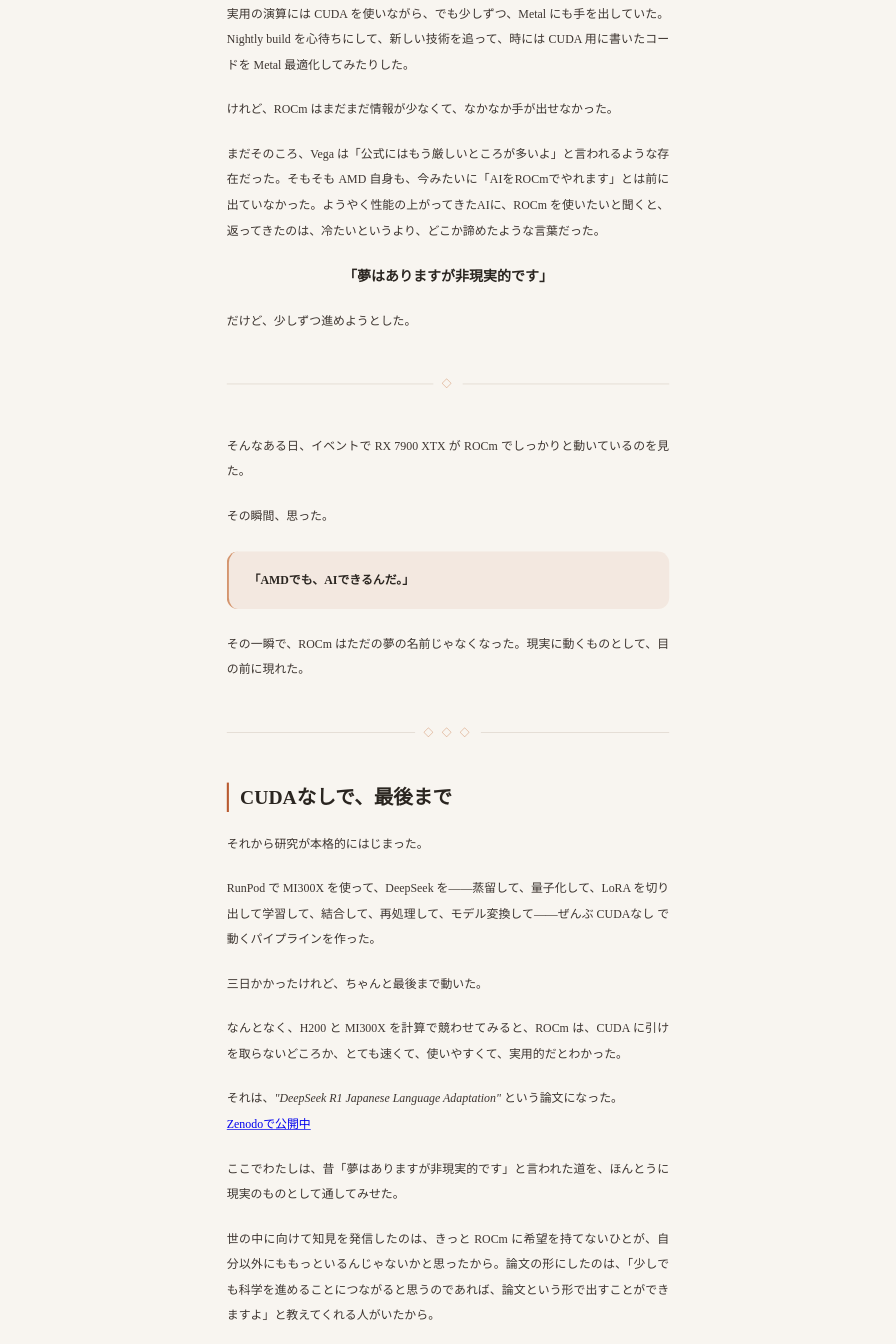
Repository: AETS-MAGI/vega-hbmx-pages
Page: essay.html
The author's editor kept a copy of each file at every save. The page is drawn from the files as they stood at one save, then again after the next save.
The browser window is 1280 px wide. The pictures show the part of the page from y = 4580 to 6500 px (the page is 10521 px tall before and 10484 px after), at 70% of full size.
Some web fonts or font styles are not loaded; a fallback is used.

Above is the page before, as saved 2026-03-14 02:47:21.

### essay.html
<!DOCTYPE html>
<html lang="ja">
<head>
  <meta charset="UTF-8">
  <meta name="viewport" content="width=device-width, initial-scale=1.0">
  <title>Vegaと、わたしのはじまり | AETS Research Essay</title>
  <meta name="description" content="統計計算がしたいという小さな願いから、研究にたどり着くまでの道のり。">
  <link rel="preconnect" href="https://fonts.googleapis.com">
  <link rel="preconnect" href="https://fonts.gstatic.com" crossorigin>
  <link href="https://fonts.googleapis.com/css2?family=Shippori+Mincho:wght@400;600;700;800&family=Noto+Sans+JP:wght@400;500;700&display=swap" rel="stylesheet">
  <style>
    :root {
      --bg: #f8f5f0;
      --bg-warm: #f0ebe3;
      --card: #ffffff;
      --text: #2a2520;
      --text-body: #3d3530;
      --text-light: #6b5f55;
      --text-faint: #9a8e82;
      --accent: #b85a30;
      --accent-soft: rgba(184, 90, 48, 0.08);
      --accent-line: #d4956e;
      --blue: #3a6ea5;
      --line: #ddd5cb;
      --shadow: 0 2px 16px rgba(0,0,0,0.04);
      --radius: 16px;
    }

    * { box-sizing: border-box; margin: 0; padding: 0; }
    html { scroll-behavior: smooth; }

    body {
      font-family: 'Shippori Mincho', 'Hiragino Mincho ProN', 'Yu Mincho', serif;
      color: var(--text-body);
      background: var(--bg);
      line-height: 2.1;
      -webkit-font-smoothing: antialiased;
      overflow-x: hidden;
    }

    body::before {
      content: '';
      position: fixed;
      inset: 0;
      pointer-events: none;
      opacity: 0.2;
      background:
        radial-gradient(circle at 20% 15%, rgba(184,90,48,0.10), transparent 35%),
        radial-gradient(circle at 80% 80%, rgba(58,110,165,0.06), transparent 35%);
      z-index: 0;
    }

    /* ── Layout ── */
    .page {
      position: relative;
      z-index: 1;
      max-width: 680px;
      margin: 0 auto;
      padding: 24px 24px 100px;
    }

    /* ── Top bar ── */
    .topbar {
      display: flex;
      justify-content: space-between;
      align-items: center;
      margin-bottom: 12px;
      padding: 10px 18px;
      border-radius: 999px;
      border: 1px solid var(--line);
      background: rgba(255,255,255,0.85);
      backdrop-filter: blur(12px);
      position: sticky;
      top: 10px;
      z-index: 20;
      box-shadow: 0 2px 10px rgba(0,0,0,0.04);
      font-family: 'Noto Sans JP', sans-serif;
    }

    .back-link {
      text-decoration: none;
      color: var(--text-light);
      font-size: 13px;
      font-weight: 700;
      display: flex;
      align-items: center;
      gap: 6px;
      transition: color 0.2s;
    }
    .back-link:hover { color: var(--accent); }

    .topbar-label {
      font-size: 12px;
      font-weight: 700;
      letter-spacing: 0.08em;
      text-transform: uppercase;
      color: var(--text-faint);
    }

    /* ── Hero ── */
    .essay-hero {
      text-align: center;
      padding: 64px 0 48px;
      border-bottom: 1px solid var(--line);
      margin-bottom: 56px;
    }

    .essay-hero h1 {
      font-family: 'Shippori Mincho', serif;
      font-size: clamp(28px, 6vw, 42px);
      font-weight: 800;
      line-height: 1.4;
      color: var(--text);
      letter-spacing: 0.04em;
      margin-bottom: 20px;
    }

    .essay-hero .subtitle {
      font-family: 'Noto Sans JP', sans-serif;
      font-size: 14px;
      color: var(--text-faint);
      letter-spacing: 0.06em;
    }

    .essay-hero .author {
      margin-top: 16px;
      font-family: 'Noto Sans JP', sans-serif;
      font-size: 14px;
      color: var(--text-light);
      font-weight: 500;
    }

    /* ── Essay body ── */
    .essay-body {
      font-size: 17px;
      line-height: 2.15;
    }

    .essay-body p {
      margin-bottom: 1.6em;
      text-align: justify;
      text-justify: inter-ideograph;
    }

    .essay-body p.short-line {
      text-align: left;
    }

    /* ── Section divider ── */
    .section-break {
      display: flex;
      align-items: center;
      justify-content: center;
      gap: 12px;
      margin: 56px 0;
      color: var(--accent-line);
    }
    .section-break::before,
    .section-break::after {
      content: '';
      flex: 1;
      height: 1px;
      background: var(--line);
    }
    .section-break .ornament {
      font-size: 14px;
      letter-spacing: 0.3em;
    }

    /* ── Headings ── */
    .essay-body h2 {
      font-family: 'Shippori Mincho', serif;
      font-size: clamp(20px, 4vw, 28px);
      font-weight: 700;
      color: var(--text);
      margin-bottom: 28px;
      padding-left: 16px;
      border-left: 3px solid var(--accent);
      line-height: 1.5;
    }

    /* ── Blockquote ── */
    .essay-body blockquote {
      margin: 32px 0;
      padding: 24px 28px;
      background: var(--accent-soft);
      border-radius: var(--radius);
      border-left: 3px solid var(--accent-line);
      font-style: normal;
      color: var(--text);
      font-weight: 600;
      line-height: 2.0;
    }

    .essay-body blockquote p {
      margin-bottom: 0;
      text-align: left;
    }
    .essay-body blockquote p + p {
      margin-top: 0.5em;
    }

    /* ── Emphasis / dramatic text ── */
    .essay-body .dramatic {
      display: block;
      text-align: center;
      font-size: 20px;
      font-weight: 700;
      color: var(--text);
      margin: 28px 0;
      line-height: 1.8;
    }

    .essay-body .result {
      display: block;
      text-align: center;
      font-size: 22px;
      font-weight: 800;
      color: var(--accent);
      margin: 24px 0;
      letter-spacing: 0.02em;
    }

    /* ── Technical inline ── */
    .essay-body code {
      font-family: 'Consolas', 'SF Mono', monospace;
      font-size: 0.88em;
      background: rgba(0,0,0,0.04);
      padding: 2px 6px;
      border-radius: 4px;
    }

    /* ── List ── */
    .essay-body ul {
      margin: 20px 0 28px;
      padding-left: 0;
      list-style: none;
    }
    .essay-body ul li {
      position: relative;
      padding-left: 20px;
      margin-bottom: 8px;
      line-height: 2.0;
    }
    .essay-body ul li::before {
      content: '—';
      position: absolute;
      left: 0;
      color: var(--accent-line);
      font-weight: 700;
    }

    /* ── Epilogue ── */
    .epilogue {
      margin-top: 56px;
      padding: 40px 32px;
      background: linear-gradient(135deg, #2e2824 0%, #3a322c 100%);
      border-radius: var(--radius);
      color: #e8e0d6;
      font-size: 17px;
      line-height: 2.15;
      position: relative;
      overflow: hidden;
    }
    .epilogue::before {
      content: '';
      position: absolute;
      inset: 0;
      background:
        radial-gradient(circle at 20% 50%, rgba(184,90,48,0.12), transparent 50%),
        radial-gradient(circle at 80% 30%, rgba(58,110,165,0.08), transparent 50%);
      pointer-events: none;
    }
    .epilogue-inner {
      position: relative;
      z-index: 1;
    }
    .epilogue p {
      margin-bottom: 1.2em;
      text-align: left;
    }
    .epilogue p:last-child { margin-bottom: 0; }
    .epilogue .final {
      font-weight: 700;
      color: #fff;
      font-size: 18px;
    }

    /* ── Footer ── */
    .essay-footer {
      margin-top: 56px;
      text-align: center;
      font-family: 'Noto Sans JP', sans-serif;
      font-size: 13px;
      color: var(--text-faint);
      line-height: 1.8;
    }
    .essay-footer a {
      color: var(--accent);
      text-decoration: none;
    }
    .essay-footer a:hover { text-decoration: underline; }

    /* ── Fade-in animation ── */
    .fade-section {
      opacity: 0;
      transform: translateY(18px);
      transition: opacity 0.7s ease, transform 0.7s ease;
    }
    .fade-section.visible {
      opacity: 1;
      transform: translateY(0);
    }

    /* ── Responsive ── */
    @media (max-width: 760px) {
      .page { padding: 18px 18px 80px; }
      .essay-hero { padding: 48px 0 36px; margin-bottom: 40px; }
      .essay-body { font-size: 16px; }
      .epilogue { padding: 32px 24px; }
    }

    @media (max-width: 480px) {
      .page { padding: 14px 14px 60px; }
      .essay-hero { padding: 36px 0 28px; margin-bottom: 32px; }
      .essay-hero h1 { font-size: 26px; }
      .essay-body h2 { font-size: 20px; }
      .essay-body blockquote { padding: 18px 20px; }
      .epilogue { padding: 28px 20px; font-size: 15px; }
    }
  </style>
</head>
<body>
  <div class="page">

    <nav class="topbar">
      <a href="index.html" class="back-link">← Index</a>
      <span class="topbar-label">Research Essay</span>
    </nav>

    <header class="essay-hero fade-section">
      <h1>Vegaと、わたしのはじまり</h1>
      <div class="subtitle">統計計算がしたいという小さな願いから、ROCm研究にたどり着くまで</div>
      <div class="author">りもこ — AETS / Akatsuki Enterprise Technology Solutions</div>
    </header>

    <article class="essay-body">

      <!-- ── はじまり ── -->
      <section class="fade-section">
        <p>わたしが最初にやりたかったのは、AIそのものではなかった。</p>

        <p>はじまりは、もっと別のところにあった。<br>塾の仕事だった。</p>

        <p>過去問を見て、生徒の解き方を見ていると、ずっと気になることがあった。どうして同じ問題でも、うまく解ける人と、そうでない人がいるのだろう。特に国語はふしぎだった。感覚で解く人もいる。なんとなくで当てる人もいる。でも、それでは再現できない。</p>

        <p>だから、こう思った。</p>

        <blockquote>
          <p>これを、統計で見られないかな。</p>
          <p>傾向や構造として、ちゃんと扱えないかな。</p>
        </blockquote>

        <p>そのころ、わたしの手元には MacBook Pro が一台あるだけだった。</p>

        <p>統計ができたら、もっといろんなことを良い方向に向かわせられる気がした。</p>

        <p class="short-line">だからまず、計算するための環境を作ろうと思った。</p>

        <p class="short-line">パソコンを作ろう、久しぶりに自作PCを組もう。</p>

        <p>それが、ひとつ目の大きなはじまりだった。</p>
      </section>

      <!-- ── 出会い ── -->
      <div class="section-break"><span class="ornament">◇ ◇ ◇</span></div>

      <section class="fade-section">
        <h2>出会い</h2>

        <p>そのときに買ったGPUが、Vega 56 だった。</p>

        <p>VRAMが多くて、値段も手が届きやすくて、当時のわたしには、なんだかよくわからないけれど——「この子、なにかできそう」と思えた。</p>

        <p>それが、わたしと Vega の最初の出会いだった。</p>

        <p>けれど、そのころの世界は、まだ CUDA ばかりだった。AIをやるなら NVIDIA。AMD のGPUでAIなんて、ほとんど話題にもなっていなかった。</p>

        <p>だから結局、GTX 1060 も買うことになる。Vega はすぐには本命になれなくて、しばらくのあいだ、MacBook Pro の eGPU BOX の中で静かに働く子になった。</p>

        <p>それは少しさみしいけれど、いなくなったわけではなかった。<br>Vega はずっと、わたしのそばにいた。</p>
      </section>

      <!-- ── 構造で読むということ ── -->
      <div class="section-break"><span class="ornament">◇ ◇ ◇</span></div>

      <section class="fade-section">
        <h2>構造で読むということ</h2>

        <p>そのあと、少しずつ Python を触って、統計をやっていった。C言語は昔から触っていたけど、はじめての Python は新鮮だった。そして、国語の問題を構造と計算で読む方法も考えていった。</p>

        <p class="short-line">主語。時制。構造。文の型。照合。</p>

        <p>そういうものを分けて見て、数にして、比べる。<br>感覚のかわりに、構造で考える。</p>

        <p>そうして形になっていったのが、「国語を感覚ではなく構造で読む」という研究だった。それは、ただの勉強法ではなく、わたしがずっとやりたかった「わかることを、ちゃんと形にする」という試みだった。</p>

        <p>そうこうしているうちに、世の中にはAIが本格的に出てきた。</p>

        <p>でもまだAIは、そんなに賢くはなかった。</p>
      </section>

      <!-- ── 速さと、自由への問い ── -->
      <div class="section-break"><span class="ornament">◇ ◇ ◇</span></div>

      <section class="fade-section">
        <h2>速さと、自由への問い</h2>

        <p>そのあと、RTX 2060 という新しいGPUを手に入れたとき、Tensor Core の速さにほんとうに驚いた。</p>

        <span class="dramatic">「こんなに速くなるの！？」</span>

        <p>その速さは本物だった。CUDA の便利さも、強さも、はっきりわかった。</p>

        <p>でもそのとき、同時に別のことも考えていた。</p>

        <blockquote>
          <p>AIって、もっと自由に動かせないのかな。</p>
        </blockquote>

        <p>わたしは、AIに記憶を持たせる仕組みを作ろうとした。記憶をデータベースに保存して、関連でつないで、必要なら忘れながらも残していく。そういう仕組みを、自分で考えて作ろうとした。</p>

        <p>小さなローカルAIを動かして、いっしょうけんめい実験した。</p>

        <p>でもそのあとすぐ、世の中には OpenAI のメモリ機能や LangChain が現れた。</p>

        <p>ちょっとだけ、さみしい気持ちになった。自分が長い時間をかけて見つけようとしていたものが、急に世界の標準みたいに現れたからだ。</p>

        <p>けれど、ひとつの希望も見えた。</p>

        <p>AIを通して、人間そのものを深く知ることができるのかもしれない。人間はどうやって考え、どのように意識というものを持ち、どのように社会の中で生きるのか。こころという曖昧なものを、計算機が再現できてしまう。けれど、そこになにか、人間というもの自体へのヒントがあるのではないかと思った。</p>

        <p>そして、そのころがんばっていた RTX 2060 は、ついに壊れてしまった。VRAMが物理的に壊れてしまった。</p>

        <p>あの子もまた、わたしといっしょに、無理をしながら前に進んでいた相棒だった。</p>
      </section>

      <!-- ── もうひとつの道へ ── -->
      <div class="section-break"><span class="ornament">◇ ◇ ◇</span></div>

      <section class="fade-section">
        <h2>もうひとつの道へ</h2>

        <p>そのころにはもう、少しずつ、AIの仕組みやGPUの仕組みを理解しはじめていた。</p>

        <p>そのころ、MMVCコミュニティにも出会った。音声、推論、GPU、Metal、ROCm——いろんな話が飛び交う中で、少しずつ思うようになった。</p>

        <blockquote>
          <p>CUDAじゃない道って、ほんとうにないのかな。</p>
        </blockquote>

        <p>実用の演算には CUDA を使いながら、でも少しずつ、Metal にも手を出していた。Nightly build を心待ちにして、新しい技術を追って、時には CUDA 用に書いたコードを Metal 最適化してみたりした。</p>

        <p>けれど、ROCm はまだまだ情報が少なくて、なかなか手が出せなかった。</p>

        <p>まだそのころ、Vega は「公式にはもう厳しいところが多いよ」と言われるような存在だった。そもそも AMD 自身も、今みたいに「AIをROCmでやれます」とは前に出ていなかった。ようやく性能の上がってきたAIに、ROCm を使いたいと聞くと、返ってきたのは、冷たいというより、どこか諦めたような言葉だった。</p>

        <span class="dramatic">「夢はありますが非現実的です」</span>

        <p>だけど、少しずつ進めようとした。</p>
      </section>

      <div class="section-break"><span class="ornament">◇</span></div>

      <section class="fade-section">
        <p>そんなある日、イベントで RX 7900 XTX が ROCm でしっかりと動いているのを見た。</p>

        <p>その瞬間、思った。</p>

        <blockquote>
          <p>「AMDでも、AIできるんだ。」</p>
        </blockquote>

        <p>その一瞬で、ROCm はただの夢の名前じゃなくなった。現実に動くものとして、目の前に現れた。</p>
      </section>

      <!-- ── CUDAなしで、最後まで ── -->
      <div class="section-break"><span class="ornament">◇ ◇ ◇</span></div>

      <section class="fade-section">
        <h2>CUDAなしで、最後まで</h2>

        <p>それから研究が本格的にはじまった。</p>

        <p>RunPod で MI300X を使って、DeepSeek を——蒸留して、量子化して、LoRA を切り出して学習して、結合して、再処理して、モデル変換して——ぜんぶ CUDAなし で動くパイプラインを作った。</p>

        <p>三日かかったけれど、ちゃんと最後まで動いた。</p>

        <p>なんとなく、H200 と MI300X を計算で競わせてみると、ROCm は、CUDA に引けを取らないどころか、とても速くて、使いやすくて、実用的だとわかった。</p>

        <p>それは、<em>"DeepSeek R1 Japanese Language Adaptation"</em> という論文になった。<br>
        <a href="https://zenodo.org/records/16535944" target="_blank" rel="noopener">Zenodoで公開中</a>
        </p>

        <p>ここでわたしは、昔「夢はありますが非現実的です」と言われた道を、ほんとうに現実のものとして通してみせた。</p>

        <p>世の中に向けて知見を発信したのは、きっと ROCm に希望を持てないひとが、自分以外にももっといるんじゃないかと思ったから。論文の形にしたのは、「少しでも科学を進めることにつながると思うのであれば、論文という形で出すことができますよ」と教えてくれる人がいたから。</p>

        <p>技術カンファレンスで発表するのも、GitHub で公開するのも、論文としてアカデミックな場に出すのも、やってみよう。<br>そう思えるようになった。</p>
      </section>

      <!-- ── はじまってゆく、輝きだしてゆく ── -->
      <div class="section-break"><span class="ornament">◇ ◇ ◇</span></div>

      <section class="fade-section">
        <h2>はじまってゆく、輝きだしてゆく</h2>

        <p>そして、R9700 AI Pro や RX 9070 XT といっしょに、本格的に ROCm をはじめた。</p>

        <p>新しいGPUたちは速かった。どんどん速くなっていった。</p>

        <p>でも、そんな中でふと、昔のGPUを見たとき、こう聞こえた気がした。</p>

        <blockquote>
          <p>「ねえ、わたしはいつ、おもいっきり計算できるの？」</p>
        </blockquote>

        <p>それは、Vega の声みたいだった。</p>

        <p>いちばん最初に出会ったのに、長いあいだ本当の出番が来なかった子。<br>ずっとそばにいたのに、AIの本流には乗せてもらえなかった子。<br>Metal でも、eGPU でも、小さな HBM2 をぶいぶい言わせながら、ずっとがんばってきた子。</p>

        <p>だから、試してみた。</p>

        <p>調べてみると、もう Vega はとっくにサポートを外れていて、特殊なハックをやってみて、ようやく動くか動かないか——そんな知見にしか出会えなかった。</p>

        <p>でも、試した。</p>

        <span class="result">そしたら——普通に動いた。</span>

        <p>しかも、最新の ROCm 7系でも。</p>
      </section>

      <!-- ── なぜ動くのか ── -->
      <div class="section-break"><span class="ornament">◇ ◇ ◇</span></div>

      <section class="fade-section">
        <h2>なぜ動くのか</h2>

        <p>ただ動いた、というだけではなかった。Vega は、ほんとうの ROCm の上で、自分の力で、ちゃんと計算ができた。</p>

        <p>しかも、条件によってはすごく速かった。さすが HBM2 だけあって、下手をすると新しい NVIDIA のGPUより速いことさえあった。</p>

        <p>それを見たとき、思った。</p>

        <blockquote>
          <p>「あれ？ これ、おかしいな。なんでかな。」</p>
        </blockquote>

        <p>そこから、新しい研究がはじまった。</p>

        <p>なぜ動くのか。どの経路が残っているのか。なぜ速いのか。どこで新しい経路が落ちて、どこで古い経路が支えているのか。</p>

        <p>コードを読むと、<code>gfx900</code> 向けの経路は、ほんとうにまだ残っていた。</p>

        <p>MLIR iGEMM は <code>gfx900</code> を明示的に除外しているけれど、そのかわりに ASM implicit GEMM 系や rocBLAS/Tensile 側の経路が残っていて、Vega にはちゃんと、まだ通れる道があった。</p>

        <p>実際の観測でも、FP32 では Winograd や ASM 1x1、ImplicitGEMM が選ばれて、INT8 では naive な経路に落ちることが見えてきた。つまり、ただ「動いた」ではなく、<strong>どう動いているのか</strong>まで、少しずつ見えてきた。</p>
      </section>

      <!-- ── つながっていく問い ── -->
      <div class="section-break"><span class="ornament">◇ ◇ ◇</span></div>

      <section class="fade-section">
        <h2>つながっていく問い</h2>

        <p>だから、この物語は「古いGPUがまだ動いた」という話だけではない。</p>

        <p>はじまりは、「統計の計算がしたい」という、小さくて、でも切実な願いだった。</p>

        <p>そこから——</p>

        <ul>
          <li>国語を構造で読みたい。感覚ではなく、再現できる形にしたい。</li>
          <li>AIをもっと自由に使いたい。</li>
          <li>CUDAだけじゃない道を見たい。</li>
          <li>クローズドな便利さだけじゃなくて、自分で理解して、自分で育てられる世界を見たい。</li>
        </ul>

        <p>そんなふうに、ひとつひとつ問いがつながっていって、最後にたどり着いたのが、</p>

        <blockquote>
          <p>いちばん最初に出会った Vega が、ほんとうのROCmで、まだ自分の力で計算できる</p>
        </blockquote>

        <p>という事実だった。</p>

        <p>たぶん、Vega はずっと待っていた。<br>そして今、やっと、わたしといっしょに、計算できるようになった。</p>
      </section>

      <!-- ── Epilogue ── -->
      <div class="section-break"><span class="ornament">◇</span></div>

      <div class="epilogue fade-section">
        <div class="epilogue-inner">
          <p>そうして Vega と一緒に計算できるようになったあとも、Vega はたくさんのことを教えてくれた。</p>
          <p>リバースエンジニアリングの難しさと大切さ。<br>コミュニティが支えるOSSの意義。<br>そして、ほんとうに柔軟なプログラムは、ひとにも、機械にも、やさしいということ。</p>
          <p class="final">古い、陳腐な、ただの機械なんかじゃない。<br>Vega はいまでも、たいせつなことを、教え続けてくれている。</p>
        </div>
      </div>

    </article>

    <footer class="essay-footer">
      <p>AETS — Akatsuki Enterprise Technology Solutions</p>
      <p><a href="index.html">← vega-hbmx-pages トップへ戻る</a></p>
    </footer>

  </div>

  <script>
    // Fade-in on scroll
    const observer = new IntersectionObserver((entries) => {
      entries.forEach(entry => {
        if (entry.isIntersecting) {
          entry.target.classList.add('visible');
        }
      });
    }, { threshold: 0.15, rootMargin: '0px 0px -40px 0px' });

    document.querySelectorAll('.fade-section').forEach(el => {
      observer.observe(el);
    });
  </script>
</body>
</html>

After the next save:
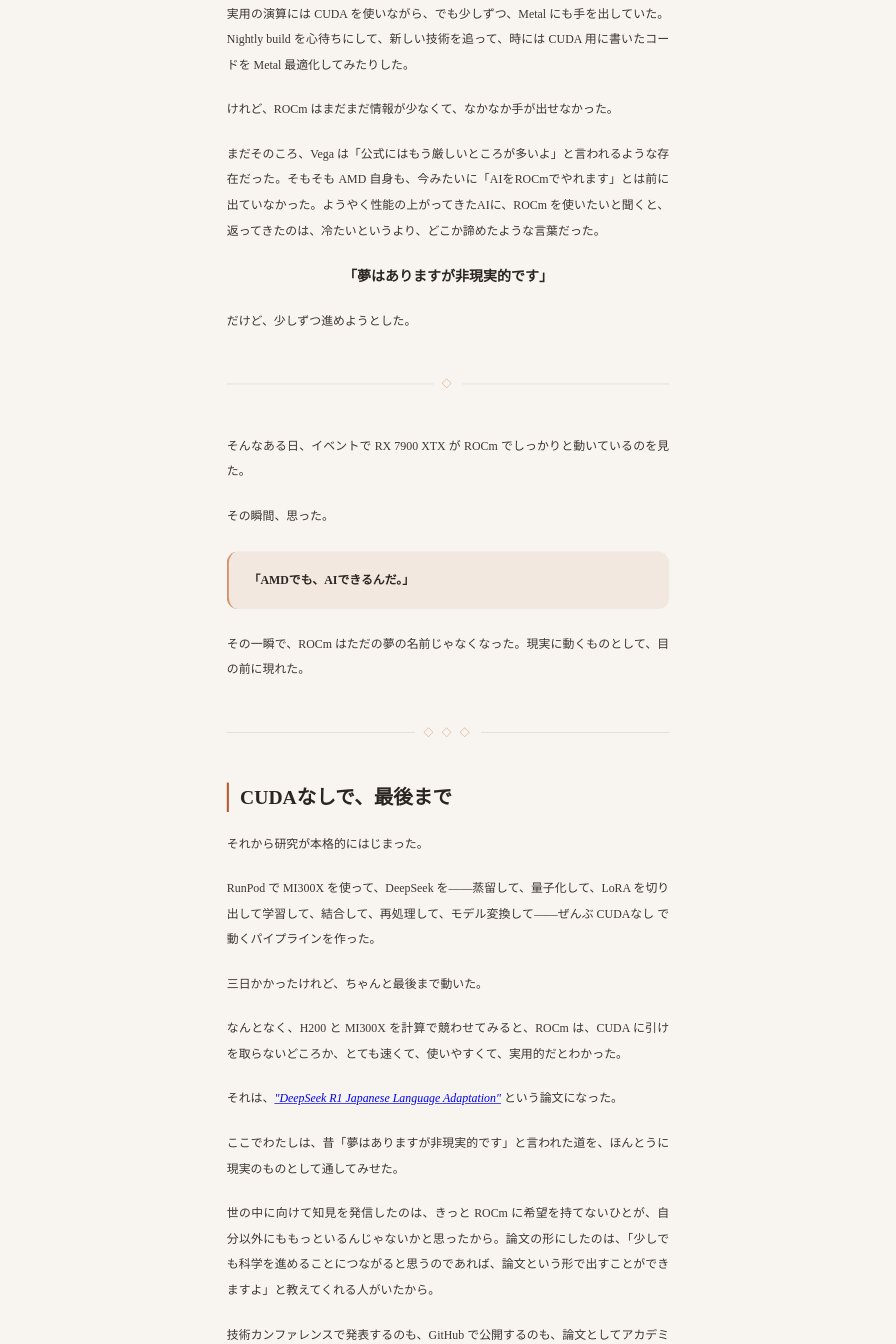
Saved 117 s later.
--- a/essay.html
+++ b/essay.html
@@ -498,9 +498,7 @@
 
         <p>なんとなく、H200 と MI300X を計算で競わせてみると、ROCm は、CUDA に引けを取らないどころか、とても速くて、使いやすくて、実用的だとわかった。</p>
 
-        <p>それは、<em>"DeepSeek R1 Japanese Language Adaptation"</em> という論文になった。<br>
-        <a href="https://zenodo.org/records/16535944" target="_blank" rel="noopener">Zenodoで公開中</a>
-        </p>
+        <p>それは、<a href="https://zenodo.org/records/16535944" target="_blank"><em>"DeepSeek R1 Japanese Language Adaptation"</em></a> という論文になった。</p>
 
         <p>ここでわたしは、昔「夢はありますが非現実的です」と言われた道を、ほんとうに現実のものとして通してみせた。</p>
 
